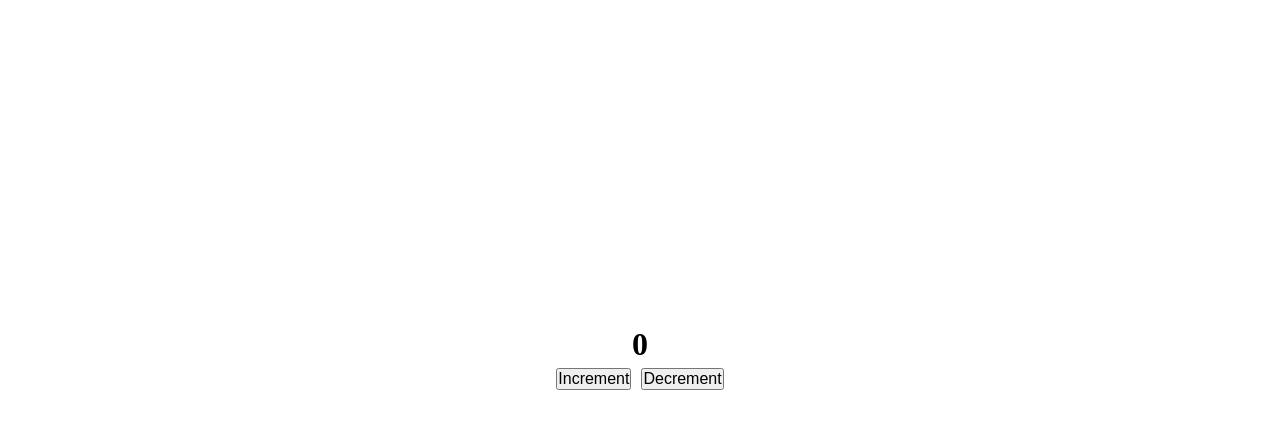
Repository: Ellisvelandia/react_introduction_test
Page: /
These files come from the project's save history. The page is drawn as it stood at one moment and after the next save; the edit follows.
The browser window is 1280 px wide. The pictures show the whole page.
The project was rebuilt for these pictures with package versions that can differ from the ones it lists, and the page was loaded fresh each time. Also part of the build but not shown: src/index.css.

Above is the page before, as saved 2022-08-15 19:42:27.

### src/App.js
import "./App.css";
import React, { useState } from "react";

const App = () => {
  const [num, changeNum] = useState(0);

  const incrementNum = () => {
    changeNum(num + 2);
  };

  const decrementNum = () => {
    if (num - 1 < 0) {
      alert(`you can't decrease than 0`);
    } else {
      changeNum(num - 2);
    }
  };

  return (
    <>
      <div className="container">
        <h1>{num}</h1>
        <button onClick={incrementNum}>Increment</button>
        <button onClick={decrementNum}>Decrement</button>
      </div>
    </>
  );
};

export default App;

### src/App.css
* {
  margin: 0;
  padding: 0;
  box-sizing: border-box;
}

body {
  width: 100%;
  height: 100vh;
  display: flex;
  justify-content: center;
  align-items: center;
  flex-direction: column;
}

.container {
  align-self: center;
}

h1 {
  text-align: center;
  font-size: 2rem;
}

button {
  font-size: 1rem;
  margin: 5px;
}

Loaded but not shown: public/index.html (common file); src/index.js (common file); src/reportWebVitals.js (common file)

After the next save:
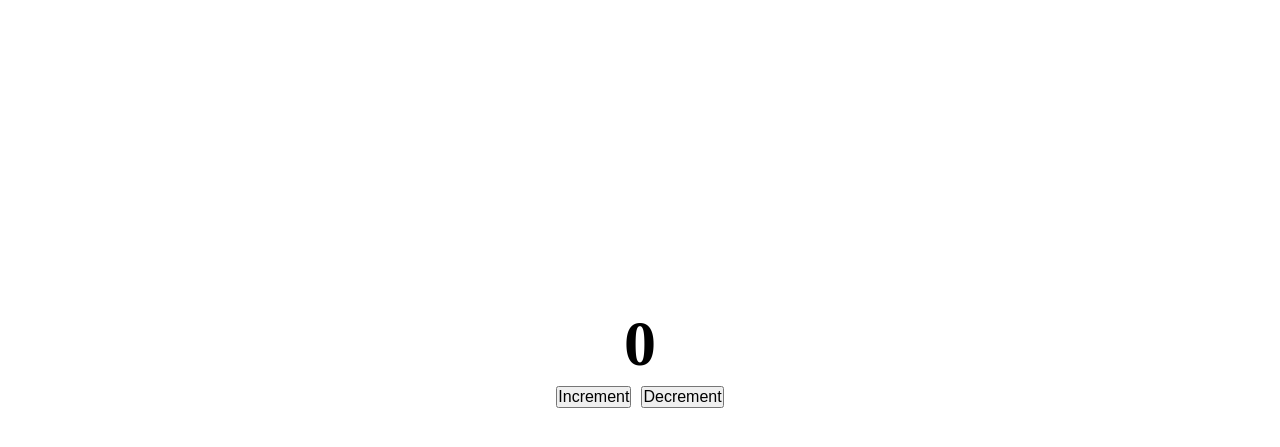
Saved 9 s later.
--- a/src/App.css
+++ b/src/App.css
@@ -19,7 +19,7 @@ body {
 
 h1 {
   text-align: center;
-  font-size: 2rem;
+  font-size: 4rem;
 }
 
 button {
